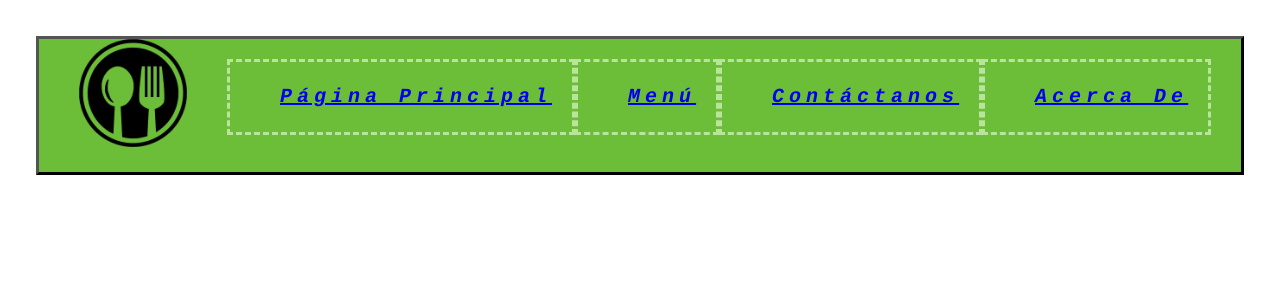
Repository: UVMCoyoacan/eq06_sitio1
Page: index.html
The author's editor kept a copy of each file at every save. The page is drawn from the files as they stood at one save, then again after the next save.
The browser window is 1280 px wide. The pictures show the whole page.

Above is the page before, as saved 2024-03-07 10:28:40.

### index.html
<!DOCTYPE html>
<html>
    <head>
        <link rel="stylesheet" href="./Carpeta estilos/estilo1.css"/>
        <meta charset="utf-8" />
    </head>
    <body>
        <header id="parte_inicial" role="banner">
            <div class="encabezado" style="display: flex;   flex-wrap: wrap; ">
                    <div style="flex-wrap:wrap; text-align: center; white-space: nowrap; ">
                    <img width="108" height="108" src="./Carpeta ims/tres.png" onclick="redirigirIndex()" style="text-align: left; cursor:pointer; text-align: center;";>

                    </div>
            <div >
            <ul >
                <li  ><a href="#">Página principal</a></li>
                <li ><a href="./Carpeta docs/menu.html">Menú</a></li>
                <li ><a href="./Carpeta docs/contactos.html">Contáctanos</a></li>
                <li ><a class="active" href="./Carpeta docs/acercade.html">Acerca de</a></li>
            </ul>
        </div>
            </div>
        </header>
    </body>
    <script src="./Carpeta js/js1.js">
    </script>
</html>

### Carpeta estilos/estilo1.css
body{
  background-color:#ffffff;
  font-size:20px;
  font-family:Courier;
  font-weight:bold;
  font-style:normal;
  line-height:30px;
  letter-spacing:5px;
  padding: 28px;
  text-transform:capitalize;
  text-align:left;
  text-indent:30px;

}
header{
  background-color:#6cbe39;
  font-size:20px;
  font-family:Courier;
  font-weight:bold;
  font-style:italic;
  line-height:60px;
  letter-spacing:5px;
  text-transform:capitalize;
  text-align:left;
  text-indent:40px;
  border-style: outset;
  border-color: #000000;

}
li {
  display: inline;
  float: left;
  background-color:#6cbe39;
  font-size:20px;
  font-family:Courier;
  font-weight:bold;
  font-style:oblique;
  line-height:30px;
  letter-spacing:5px;
  text-decoration:underline;
  text-transform:capitalize;
  text-align:left;
  text-indent:30px;
  border-style:dashed;
  border-color: #b9e49e;
  padding: 12px;
}


a {
  display: block;
  padding: 8px;
  background-color:#6cbe39;
}
.active {
  background-color:transparent;

}

#titulo{
  text-decoration: overline underline;
  font-size:30px;
  font-style:oblique;

}
ul {
  margin-left: auto;
}

### Carpeta js/js1.js
function redirigirIndex() {
    window.location.href = '#';
}

After the next save:
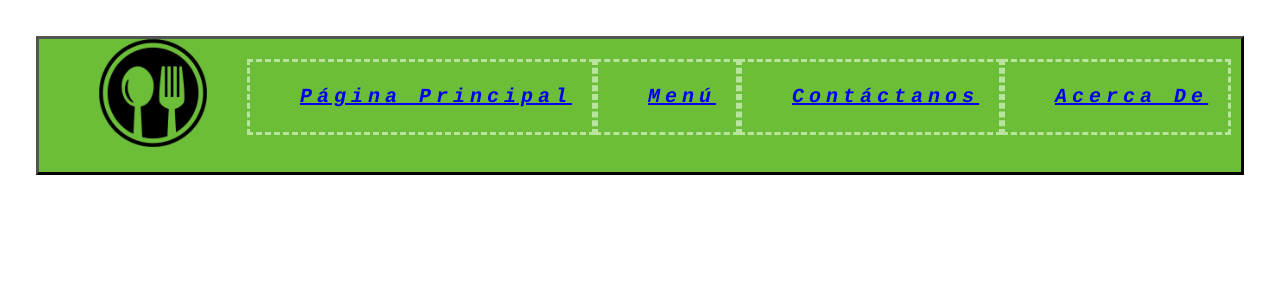
Saved 10 s later.
--- a/Carpeta estilos/estilo1.css
+++ b/Carpeta estilos/estilo1.css
@@ -22,7 +22,7 @@ header{
   letter-spacing:5px;
   text-transform:capitalize;
   text-align:left;
-  text-indent:40px;
+  text-indent:60px;
   border-style: outset;
   border-color: #000000;
 
